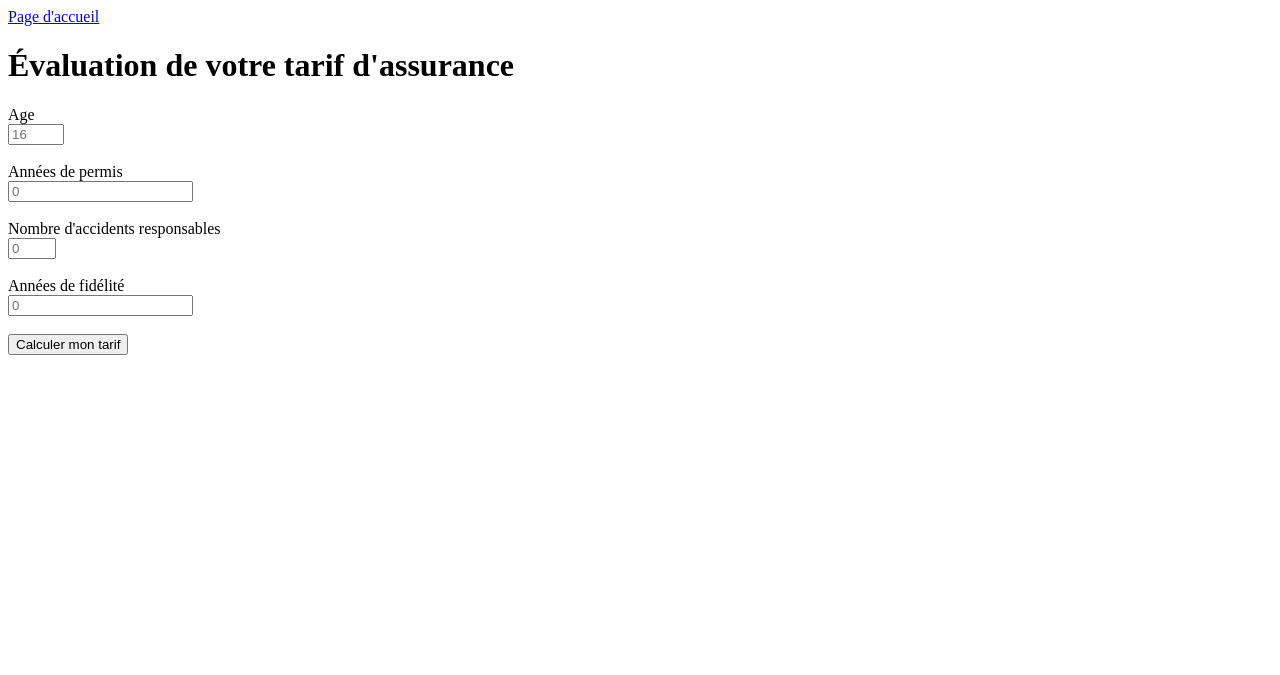
Repository: Coumba25040/coumbaProjet
Page: Site assurance/formulaire.html
These files come from the project's save history. The page is drawn as it stood at one moment and after the next save; the edit follows.
The browser window is 1280 px wide. The pictures show the whole page.

Above is the page before, as saved 2024-10-15 12:31:24.

After the next save:
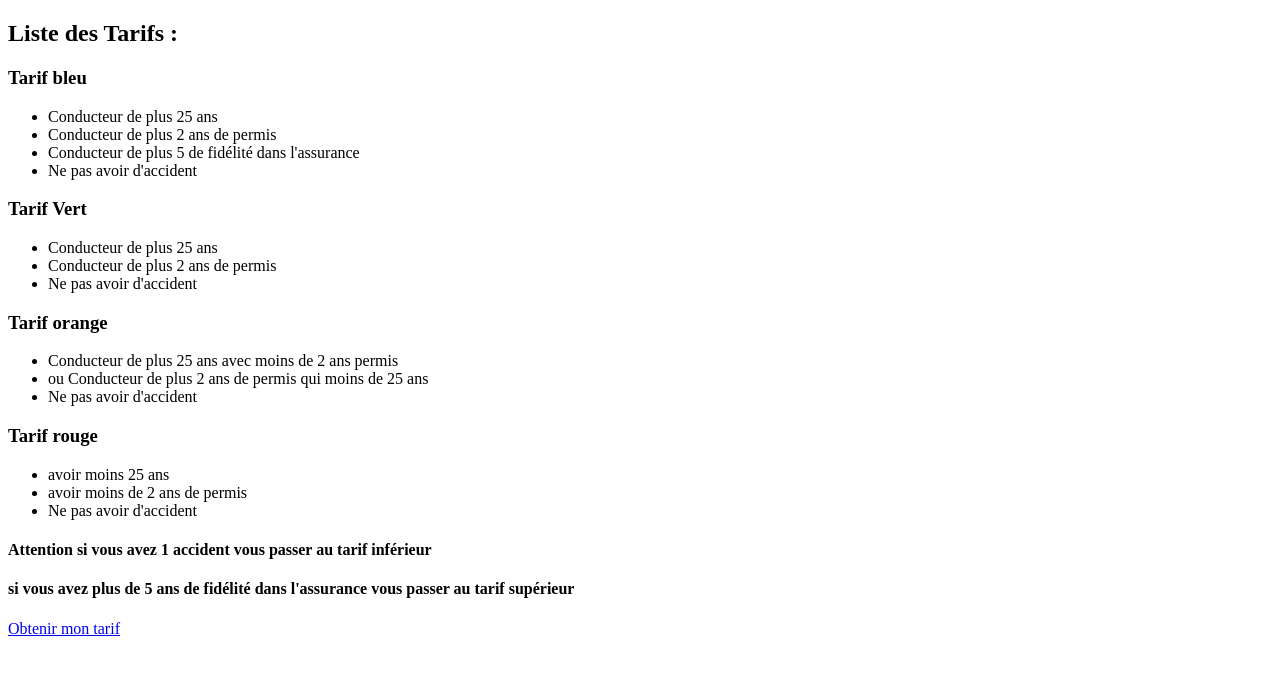
Saved 19 min 12 s later.
--- a/Site assurance/formulaire.html
+++ b/Site assurance/formulaire.html
@@ -1,35 +1,77 @@
 <!DOCTYPE html>
 <html lang="en">
+
 <head>
     <meta charset="UTF-8">
     <meta name="viewport" content="width=device-width, initial-scale=1.0">
-    <title>formulaire.html</title>
+    <title>Compagnie d'assurance auto</title>
 </head>
+
 <body>
-    <a href="index.html">Page d'accueil</a>
-<h1>Évaluation de votre tarif d'assurance</h1>
-<form method="get">
-<label>Age</label><br>
-<input type="number" placeholder="16" min="16" max="99"><br>
 
-<br>
+    <header>
+        <h2> Liste des Tarifs : </h2>
+    </header>
 
-<label>Années de permis</label><br>
-<input type="number" placeholder="0" min="0"><br>
+    <section>
 
-<br>
+        <article>
+            <h3> Tarif bleu </h3>
+            <ul>
+                <li>Conducteur de plus 25 ans</li>
+                <li>Conducteur de plus 2 ans de permis</li>
+                <li>Conducteur de plus 5 de fidélité dans l'assurance</li>
+                <li>Ne pas avoir d'accident</li>
+            </ul>
+        </article>
 
-<label>Nombre d'accidents responsables</label><br>
-<input type="number" placeholder="0" min="0" max="5"><br>
+        <article>
+            <h3> Tarif Vert </h3>
+            <ul>
+                <li>Conducteur de plus 25 ans</li>
+                <li>Conducteur de plus 2 ans de permis</li>
+                <li>Ne pas avoir d'accident</li>
+            </ul>
+        </article>
 
-<br>
+        <article>
+            <h3> Tarif orange </h3>
+            <ul>
+                <li>Conducteur de plus 25 ans avec moins de 2 ans permis</li>
+                <li>ou Conducteur de plus 2 ans de permis qui moins de 25 ans</li>
+                <li>Ne pas avoir d'accident</li>
+            </ul>
+        </article>
 
-<label>Années de fidélité</label><br>
-<input type="number" placeholder="0" min="0"><br>
+        <article>
+            <h3> Tarif rouge </h3>
+            <ul>
+                <li>avoir moins 25 ans</li>
+                <li>avoir moins de 2 ans de permis</li>
+                <li>Ne pas avoir d'accident</li>
+            </ul>
+        </article>
 
-<br>
-<input type="submit" value="Calculer mon tarif">
-</form>
+    </section>
 
+    <section>
+      <article>
+        <h4> Attention si vous avez 1 accident vous passer au tarif inférieur</h4>
+      </article>
+
+      <article>
+        <h4>
+            si vous avez plus de 5 ans de fidélité dans
+            l'assurance vous passer au tarif supérieur
+        </h4>
+      </article>
+    </section>
+
+    <footer>
+        <nav>
+            <a href="formulaire.html"> Obtenir mon tarif </a>
+        </nav>
+    </footer>
 </body>
+
 </html>
